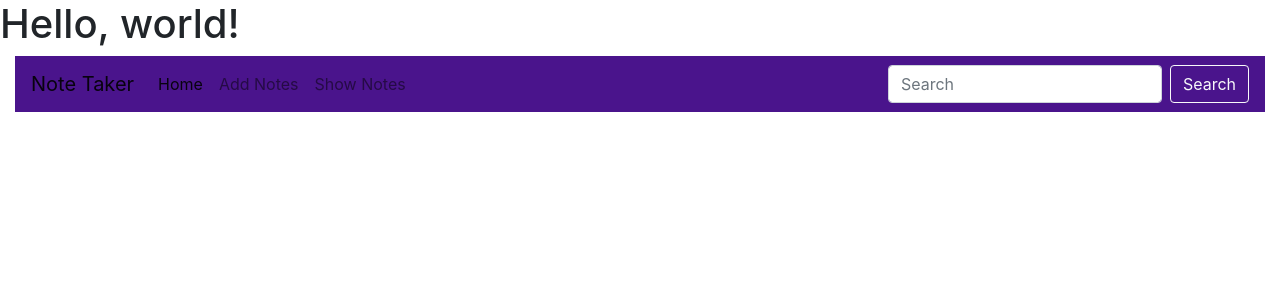
Repository: nayanchy123456/TODO-Project
Page: http://localhost/NoteTaker/
These files come from the project's save history. The page is drawn as it stood at one moment and after the next save; the edit follows.
The browser window is 1280 px wide. The pictures show the whole page.
Some web libraries are served in a nearby version. The page is served by Tomcat 10. Other server files are loaded and not shown.

Above is the page before, as saved 2024-09-03 10:27:21.

### TODO webApplication/NoteTaker/src/main/webapp/index.jsp
<!doctype html>
<html lang="en">
  <head>
    <!-- Required meta tags -->
    <meta charset="utf-8">
    <meta name="viewport" content="width=device-width, initial-scale=1, shrink-to-fit=no">

    <!-- Bootstrap CSS -->
    <link rel="stylesheet" href="https://cdn.jsdelivr.net/npm/bootstrap@4.0.0/dist/css/bootstrap.min.css" integrity="sha384-Gn5384xqQ1aoWXA+058RXPxPg6fy4IWvTNh0E263XmFcJlSAwiGgFAW/dAiS6JXm" crossorigin="anonymous">

	<link href="css/style.css" rel="stylesheet">
    <title>Hello, world!</title>
  </head>
  <body>
    <h1>Hello, world!</h1>

    <div class = "container-fluid">
    	<%@include file = "navbar.jsp" %>


    </div>






    <!-- Optional JavaScript -->
    <!-- jQuery first, then Popper.js, then Bootstrap JS -->
    <script src="https://code.jquery.com/jquery-3.2.1.slim.min.js" integrity="sha384-KJ3o2DKtIkvYIK3UENzmM7KCkRr/rE9/Qpg6aAZGJwFDMVNA/GpGFF93hXpG5KkN" crossorigin="anonymous"></script>
    <script src="https://cdn.jsdelivr.net/npm/popper.js@1.12.9/dist/umd/popper.min.js" integrity="sha384-ApNbgh9B+Y1QKtv3Rn7W3mgPxhU9K/ScQsAP7hUibX39j7fakFPskvXusvfa0b4Q" crossorigin="anonymous"></script>
    <script src="https://cdn.jsdelivr.net/npm/bootstrap@4.0.0/dist/js/bootstrap.min.js" integrity="sha384-JZR6Spejh4U02d8jOt6vLEHfe/JQGiRRSQQxSfFWpi1MquVdAyjUar5+76PVCmYl" crossorigin="anonymous"></script>
  </body>
</html>

### TODO webApplication/NoteTaker/src/main/webapp/navbar.jsp
<nav class="navbar navbar-expand-lg navbar-light purple">
  <a class="navbar-brand" href="#">Note Taker</a>
  <button class="navbar-toggler" type="button" data-toggle="collapse" data-target="#navbarSupportedContent" aria-controls="navbarSupportedContent" aria-expanded="false" aria-label="Toggle navigation">
    <span class="navbar-toggler-icon"></span>
  </button>

  <div class="collapse navbar-collapse" id="navbarSupportedContent">
    <ul class="navbar-nav mr-auto">
      <li class="nav-item active">
        <a class="nav-link" href="#">Home <span class="sr-only">(current)</span></a>
      </li>
      <li class="nav-item">
        <a class="nav-link" href="#">Add Notes</a>
      </li>

      <li class="nav-item">
        <a class="nav-link " href="#">Show Notes</a>
      </li>
    </ul>
    <form class="form-inline my-2 my-lg-0">
      <input class="form-control mr-sm-2" type="search" placeholder="Search" aria-label="Search">
      <button class="btn btn-outline-light my-2 my-sm-0" type="submit">Search</button>
    </form>
  </div>
</nav>

### TODO webApplication/NoteTaker/src/main/webapp/css/style.css
.purple{

	background: #4A148C;
}

After the next save:
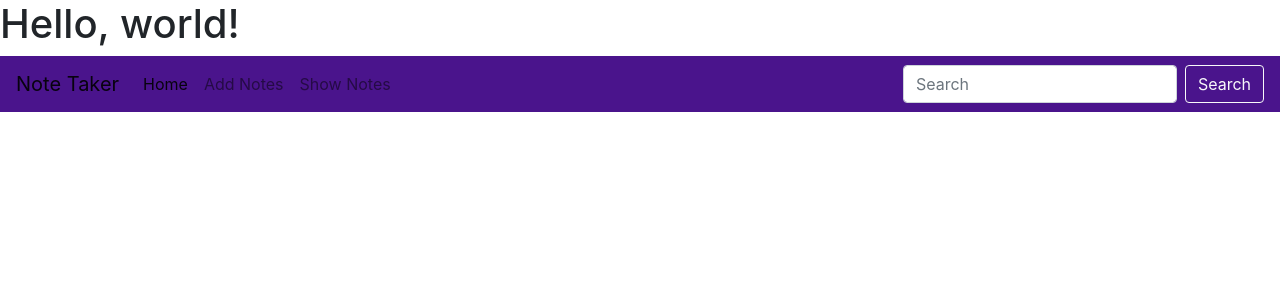
Saved 30 s later.
--- a/TODO webApplication/NoteTaker/src/main/webapp/index.jsp
+++ b/TODO webApplication/NoteTaker/src/main/webapp/index.jsp
@@ -14,7 +14,7 @@
   <body>
     <h1>Hello, world!</h1>
 
-    <div class = "container-fluid">
+    <div class = "container-fluid p-0 m-0">
     	<%@include file = "navbar.jsp" %>
 
 
